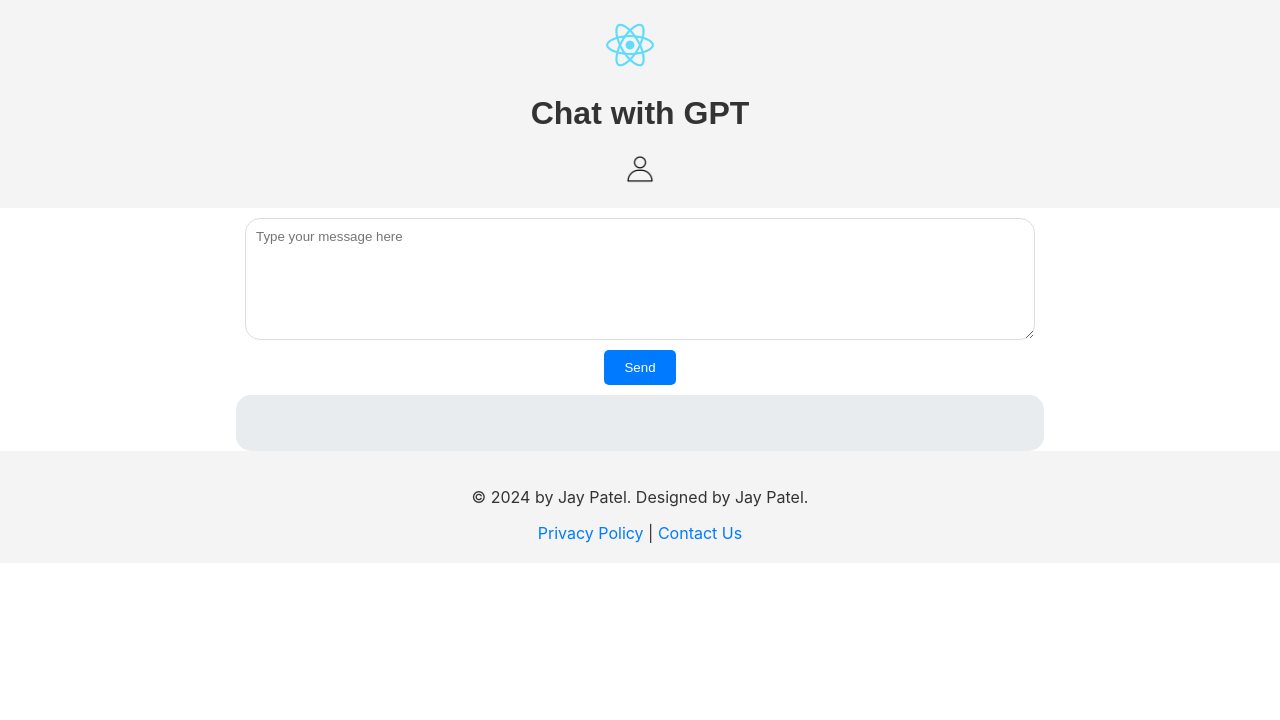
Repository: jforjay1/Custom-GPT
Page: / (app in ethem-alpaydin-gpt/)
These files come from the project's save history. The page is drawn as it stood at one moment and after the next save; the edit follows.
The browser window is 1280 px wide. The pictures show the whole page.
The project was rebuilt for these pictures with package versions that can differ from the ones it lists, and the page was loaded fresh each time.

Above is the page before, as saved 2024-01-10 10:27:01.

### ethem-alpaydin-gpt/src/App.js
import React, { useState } from 'react';
import axios from 'axios';
import './App.css';
import logo from './logo192.png'; // Path to your logo image
import userIcon from './profile.png';

function App() {
  const [showProfile, setShowProfile] = useState(false);
  const [message, setMessage] = useState('');
  const [response, setResponse] = useState('');

  const sendMessage = async () => {
    try {
      console.log('Sending message:', message);
      const result = await axios.post('http://localhost:5001/sendMessage', { message: message }).catch((error) => {
        console.log(error);
      });

      setResponse(result.data.messages);
      console.log('Message received!', message);
    } catch (error) {
      console.error('Error sending message:', error);
    }
  };

  return (
    <div className="App">
      <header className="App-header">
        <img src={logo} alt="Company Logo" className="company-logo" />
        <h1>Chat with GPT</h1>
        <div className="user-section">
          <img
            src={userIcon}
            alt="User Icon"
            className="user-icon"
            onClick={() => setShowProfile(!showProfile)}
          />
          {showProfile && (
            <div className="profile-dropdown">
              <p>User Profile Info</p>
              {/* Add more user info here */}
            </div>
          )}
        </div>
      </header>
      <div className="chat-container">
          <textarea
            className="message-input"
            value={message}
            onChange={(e) => setMessage(e.target.value)}
            placeholder="Type your message here"
          />
          <button className="send-button" onClick={sendMessage}>Send</button>
          <div className="response-area">
            <p>{response}</p>
          </div>
        </div>
      <footer className="App-footer">
        <p>© 2024 by Jay Patel. Designed by Jay Patel.</p>
        <a href="/privacy-policy">Privacy Policy</a> | <a href="/contact-us">Contact Us</a>
      </footer>
    </div>
  );
}

export default App;

### ethem-alpaydin-gpt/src/App.css
.App {
  text-align: center;
}

.App-header {
  background-color: #f4f4f4; /* Example background color */
  color: #333;
  padding: 20px;
  font-family: 'Arial', sans-serif; /* Example font */
}

.chat-container {
  display: flex;
  flex-direction: column;
  align-items: center;
  justify-content: space-between;
}

.message-input {
  width: 60%;
  height: 100px;
  margin: 10px;
  padding: 10px;
  border-radius: 15px;
  border: 1px solid #ddd;
  font-family: 'Arial', sans-serif;
}

.send-button {
  background-color: #007bff;
  color: white;
  border: none;
  padding: 10px 20px;
  border-radius: 5px;
  cursor: pointer;
  transition: background-color 0.3s;
}

.send-button:hover {
  background-color: #0056b3;
}

.response-area {
  width: 60%;
  background-color: #e9ecef;
  border-radius: 15px;
  padding: 20px;
  margin-top: 10px;
}

.company-logo {
  height: 50px; /* Adjust as needed */
  margin-right: 20px;
}

.user-section {
  position: relative;
  display: inline-block;
}

.user-icon {
  width: 30px;
  height: 30px;
  cursor: pointer;
}

.profile-dropdown {
  position: absolute;
  right: 0;
  background-color: #f9f9f9;
  min-width: 160px;
  box-shadow: 0px 8px 16px 0px rgba(0,0,0,0.2);
  padding: 12px 16px;
  z-index: 1;
}

.App-footer {
  background-color: #f4f4f4;
  color: #333;
  padding: 20px;
  text-align: center;
}

.App-footer a {
  color: #007bff;
  text-decoration: none;
}

.App-footer a:hover {
  text-decoration: underline;
}

Loaded but not shown: ethem-alpaydin-gpt/public/index.html (common file); ethem-alpaydin-gpt/src/index.js (common file); ethem-alpaydin-gpt/src/index.css (common file); ethem-alpaydin-gpt/src/reportWebVitals.js (common file)

After the next save:
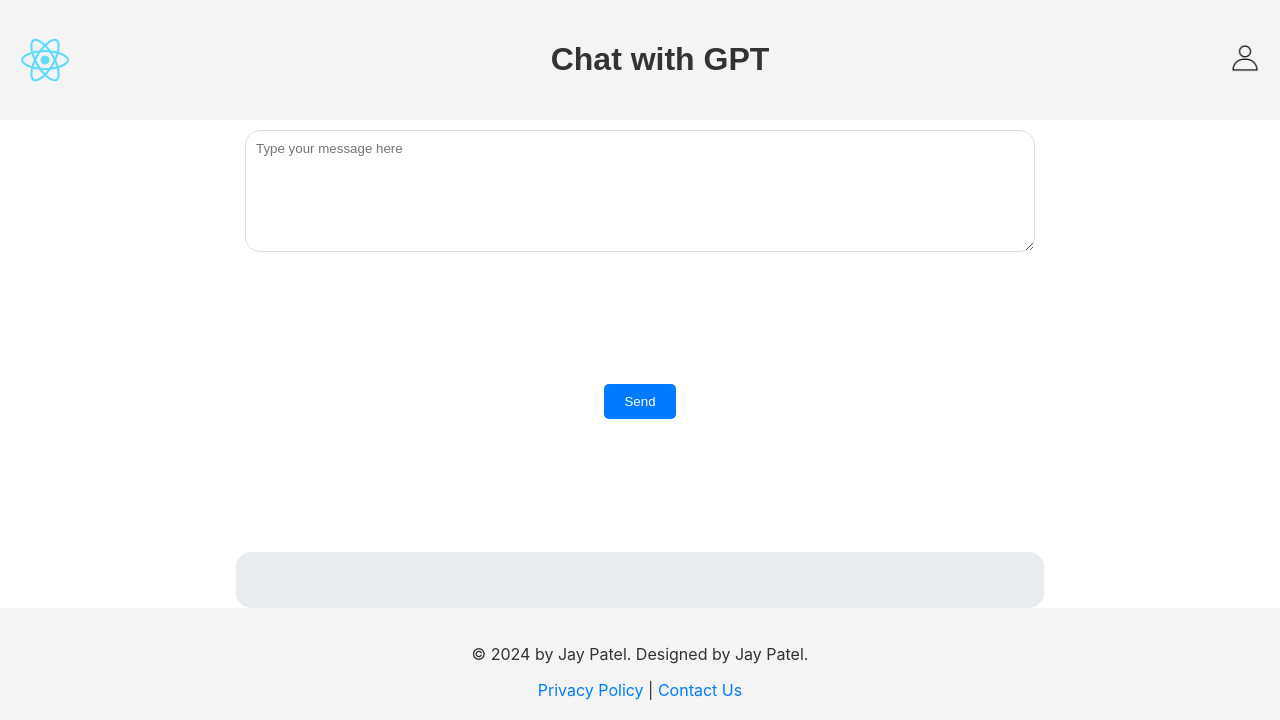
Saved 38 min 4 s later.
--- a/ethem-alpaydin-gpt/src/App.css
+++ b/ethem-alpaydin-gpt/src/App.css
@@ -1,12 +1,18 @@
 .App {
   text-align: center;
+  display: flex;
+  flex-direction: column;
+  height: 100vh; /* Full height of the viewport */
 }
 
 .App-header {
-  background-color: #f4f4f4; /* Example background color */
+  background-color: #f4f4f4;
   color: #333;
   padding: 20px;
-  font-family: 'Arial', sans-serif; /* Example font */
+  font-family: 'Arial', sans-serif;
+  display: flex; /* Align items horizontally */
+  align-items: center; /* Center items vertically in the header */
+  justify-content: space-between; /* Space out logo, title, and user section */
 }
 
 .chat-container {
@@ -14,6 +20,7 @@
   flex-direction: column;
   align-items: center;
   justify-content: space-between;
+  flex-grow: 1;
 }
 
 .message-input {
@@ -79,6 +86,7 @@
   color: #333;
   padding: 20px;
   text-align: center;
+  margin-top: auto;
 }
 
 .App-footer a {
